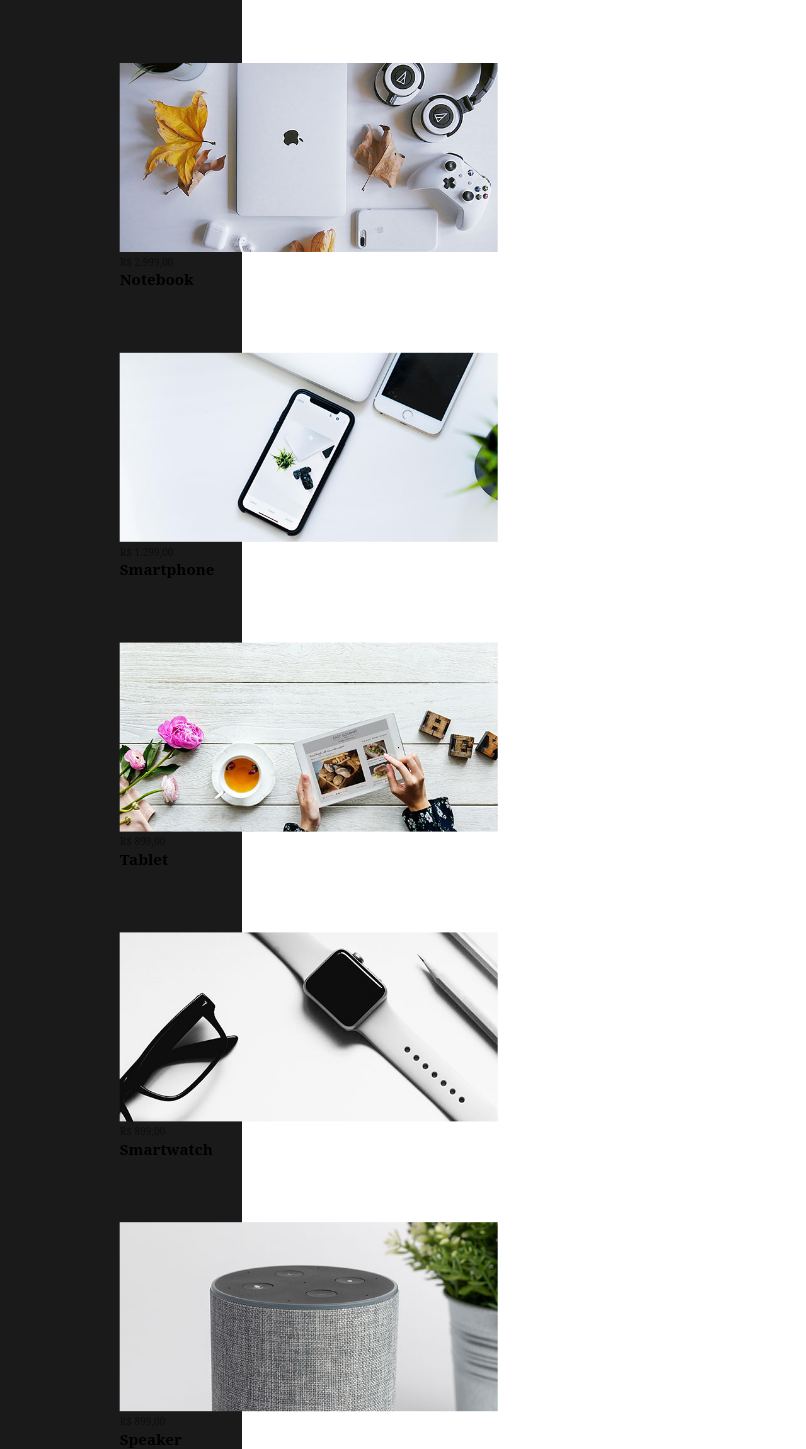
Repository: tomvieir/techno
Page: index.html
An editor plug-in stored every save of this project. The page is shown before and after the next save, followed by the edit.
The browser window is 1280 px wide. The pictures show the whole page, at 63% of full size.

Above is the page before, as saved 2022-06-23 16:48:26.

After the next save:
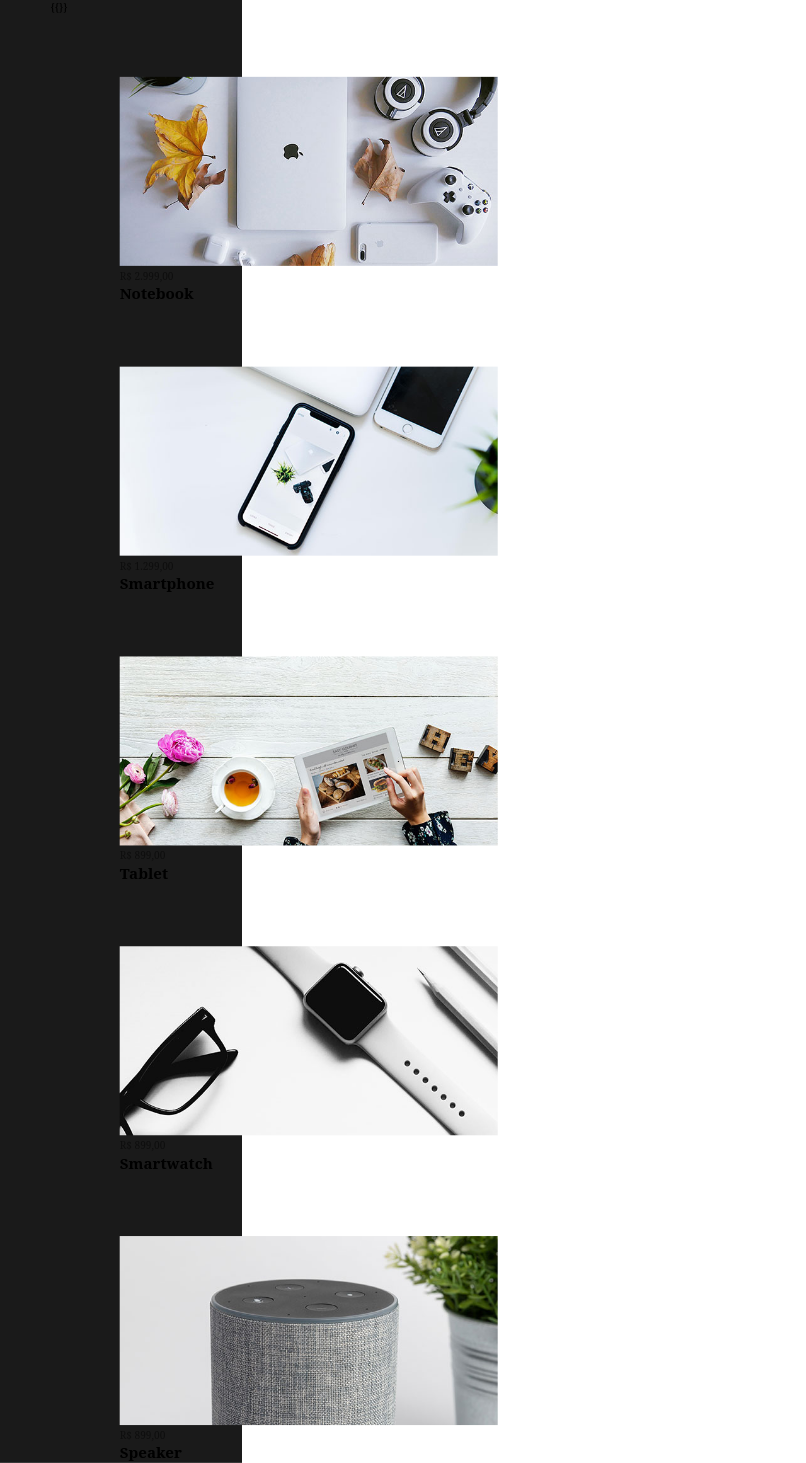
Saved 4 s later.
--- a/index.html
+++ b/index.html
@@ -11,7 +11,7 @@
 <body>
   <div id="app">
 
-
+    {{}}
 
     <section class="produtos">
       <div class="produtos" v-for="item in produtos" :key="item.id" @click="fetchProduto(item.id)">
